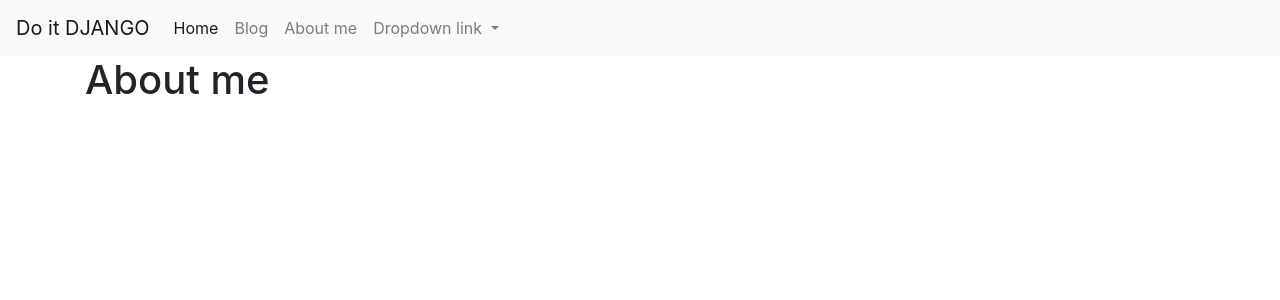
Repository: lwygold/do_it_ft
Page: about_me.html
The author's editor kept a copy of each file at every save. The page is drawn from the files as they stood at one save, then again after the next save.
The browser window is 1280 px wide. The pictures show the whole page.

Above is the page before, as saved 2021-08-10 18:04:52.

### about_me.html
<!DOCTYPE html>
<html lang="en">

<head>
    <meta charset="UTF-8">
    <meta http-equiv="X-UA-Compatible" content="IE=edge">
    <meta name="viewport" content="width=device-width, initial-scale=1.0">
    <title>About Me</title>
    <link rel="stylesheet" href="https://cdn.jsdelivr.net/npm/bootstrap@4.6.0/dist/css/bootstrap.min.css" integrity="sha384-B0vP5xmATw1+K9KRQjQERJvTumQW0nPEzvF6L/Z6nronJ3oUOFUFpCjEUQouq2+l" crossorigin="anonymous">
    <link rel="stylesheet" href="./sub.css" type="text/css" />
</head>

<body>

    <nav class="navbar navbar-expand-lg navbar-light bg-light">
        <a class="navbar-brand" href="#">Do it DJANGO</a>
        <button class="navbar-toggler" type="button" data-toggle="collapse" data-target="#navbarNavDropdown"
            aria-controls="navbarNavDropdown" aria-expanded="false" aria-label="Toggle navigation">
            <span class="navbar-toggler-icon"></span>
        </button>
        <div class="collapse navbar-collapse" id="navbarNavDropdown">
            <ul class="navbar-nav">
                <li class="nav-item active">
                    <a class="nav-link" href="./index.html">Home <span class="sr-only">(current)</span></a>
                </li>
                <li class="nav-item">
                    <a class="nav-link" href="./blog_list.html">Blog</a>
                </li>
                <li class="nav-item">
                    <a class="nav-link" href="./about_me.html">About me</a>
                </li>
                <li class="nav-item dropdown">
                    <a class="nav-link dropdown-toggle" href="#" id="navbarDropdownMenuLink" role="button"
                        data-toggle="dropdown" aria-haspopup="true" aria-expanded="false">
                        Dropdown link
                    </a>
                    <div class="dropdown-menu" aria-labelledby="navbarDropdownMenuLink">
                        <a class="dropdown-item" href="#">Action</a>
                        <a class="dropdown-item" href="#">Another action</a>
                        <a class="dropdown-item" href="#">Something else here</a>
                    </div>
                </li>
            </ul>
        </div>
    </nav>

    <div class="container">
        <h1>About me</h1>

    </div>


    <script src="https://code.jquery.com/jquery-3.5.1.slim.min.js" integrity="sha384-DfXdz2htPH0lsSSs5nCTpuj/zy4C+OGpamoFVy38MVBnE+IbbVYUew+OrCXaRkfj" crossorigin="anonymous"></script>
    <script src="https://cdn.jsdelivr.net/npm/bootstrap@4.6.0/dist/js/bootstrap.bundle.min.js" integrity="sha384-Piv4xVNRyMGpqkS2by6br4gNJ7DXjqk09RmUpJ8jgGtD7zP9yug3goQfGII0yAns" crossorigin="anonymous"></script>

</body>

</html>

### sub.css
.container {
    width:1920px;
    margin:0 auto;

}

After the next save:
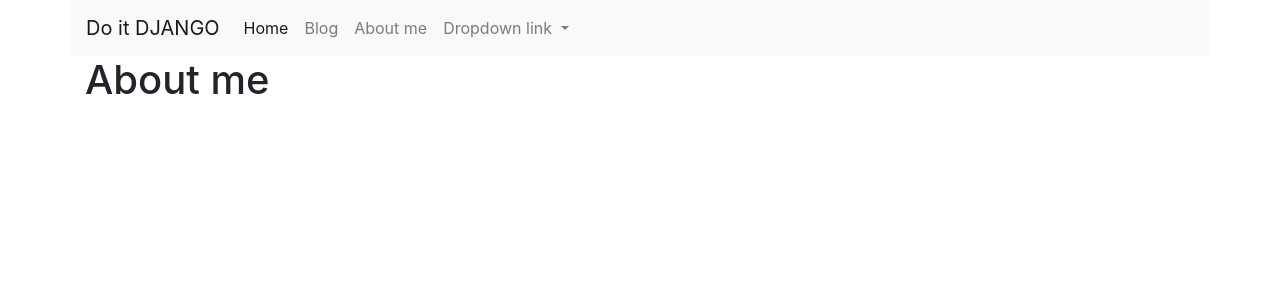
Saved 32 s later.
--- a/about_me.html
+++ b/about_me.html
@@ -12,7 +12,7 @@
 
 <body>
 
-    <nav class="navbar navbar-expand-lg navbar-light bg-light">
+    <nav class="navbar navbar-expand-lg navbar-light bg-light container">
         <a class="navbar-brand" href="#">Do it DJANGO</a>
         <button class="navbar-toggler" type="button" data-toggle="collapse" data-target="#navbarNavDropdown"
             aria-controls="navbarNavDropdown" aria-expanded="false" aria-label="Toggle navigation">

After the save that followed:
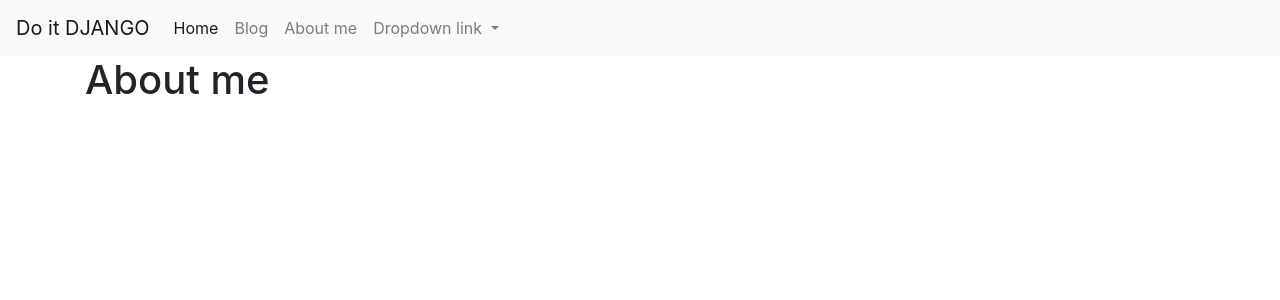
Saved 28 s later.
--- a/about_me.html
+++ b/about_me.html
@@ -12,7 +12,7 @@
 
 <body>
 
-    <nav class="navbar navbar-expand-lg navbar-light bg-light container">
+    <nav class="navbar navbar-expand-lg navbar-light bg-light">
         <a class="navbar-brand" href="#">Do it DJANGO</a>
         <button class="navbar-toggler" type="button" data-toggle="collapse" data-target="#navbarNavDropdown"
             aria-controls="navbarNavDropdown" aria-expanded="false" aria-label="Toggle navigation">
